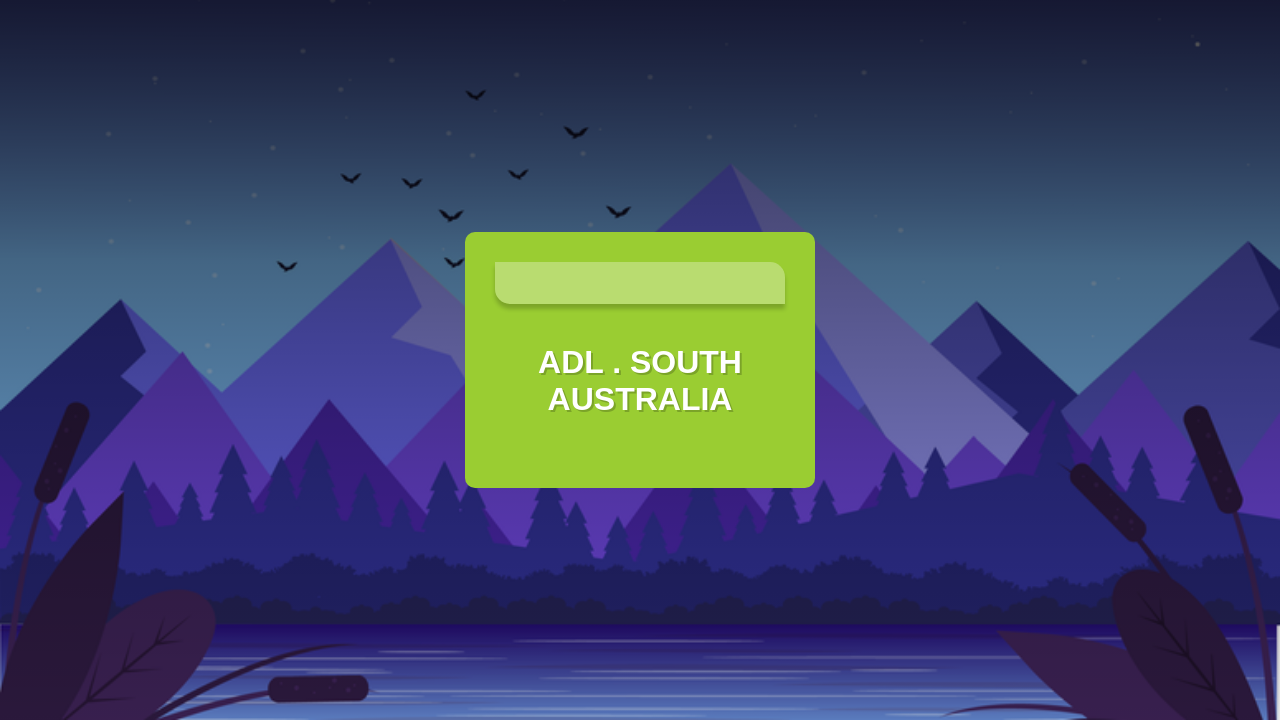
Repository: andrewhuynh561/weather-app-1
Page: index.html
An editor plug-in stored every save of this project. The page is shown before and after the next save, followed by the edit.
The browser window is 1280 px wide. The pictures show the whole page.

Above is the page before, as saved 2022-12-08 20:55:04.

After the next save:
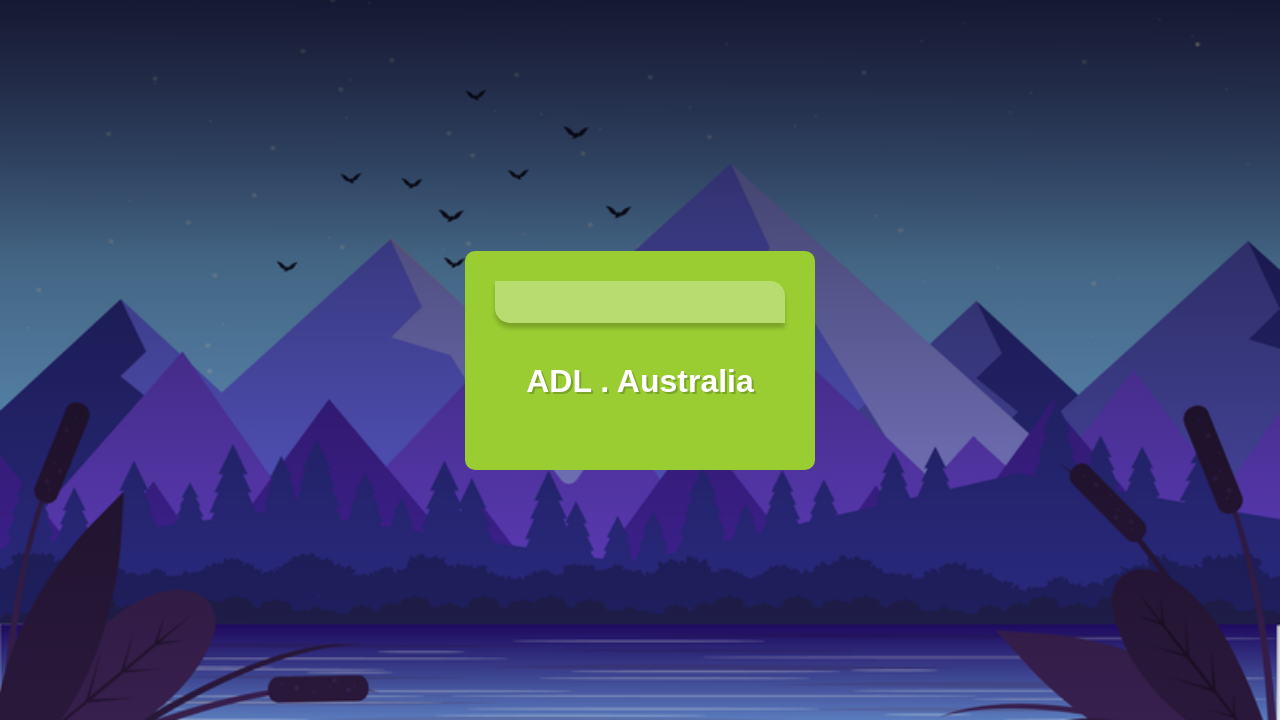
Saved 12 s later.
--- a/index.html
+++ b/index.html
@@ -20,7 +20,7 @@
             <h1 class="capital">
                 <span class="city">ADL</span>
                 <span>.</span>
-                <span class="country">SOUTH AUSTRALIA</span>
+                <span class="country">Australia</span>
             </h1>
         </div>
     </div>
